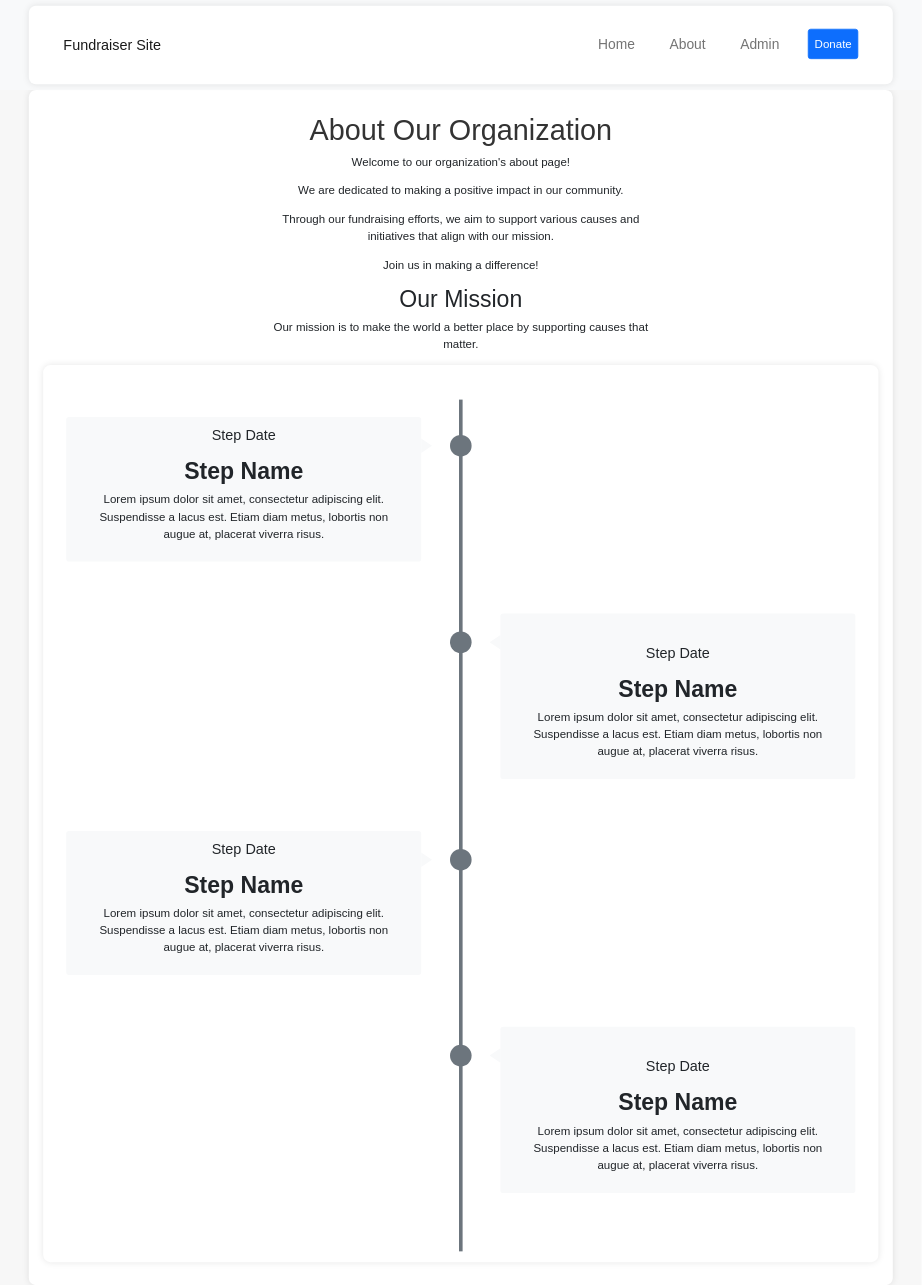
Repository: DragonFruit8/Fundraiser-Page
Page: /about
These files come from the project's save history. The page is drawn as it stood at one moment and after the next save; the edit follows.
The browser window is 1280 px wide. The pictures show the whole page, at 72% of full size.
The project was rebuilt for these pictures with package versions that can differ from the ones it lists, and the page was loaded fresh each time. Also part of the build but not shown: src/pages/HomeContainer.js, src/pages/Donate.js, src/pages/Admin.js.

Above is the page before, as saved 2024-07-19 14:02:10.

### public/index.html
<!DOCTYPE html>
<html lang="en">
  <head>
    <meta charset="utf-8" />
    <link rel="icon" href="%PUBLIC_URL%/favicon.ico" />
    <meta name="viewport" content="width=device-width, initial-scale=1" />
    <meta name="theme-color" content="#000000" />
    <meta
      name="description"
      content="Web site created using create-react-app"
    />
    <link rel="apple-touch-icon" href="%PUBLIC_URL%/logo192.png" />
    <link
      href="https://cdn.jsdelivr.net/npm/bootstrap@5.0.2/dist/css/bootstrap.min.css"
      rel="stylesheet"
      integrity="sha384-EVSTQN3/azprG1Anm3QDgpJLIm9Nao0Yz1ztcQTwFspd3yD65VohhpuuCOmLASjC"
      crossorigin="anonymous"
    />
    <!--
      manifest.json provides metadata used when your web app is installed on a
      user's mobile device or desktop. See https://developers.google.com/web/fundamentals/web-app-manifest/
    -->
    <link rel="manifest" href="%PUBLIC_URL%/manifest.json" />
    <!--
      Notice the use of %PUBLIC_URL% in the tags above.
      It will be replaced with the URL of the `public` folder during the build.
      Only files inside the `public` folder can be referenced from the HTML.

      Unlike "/favicon.ico" or "favicon.ico", "%PUBLIC_URL%/favicon.ico" will
      work correctly both with client-side routing and a non-root public URL.
      Learn how to configure a non-root public URL by running `npm run build`.
    -->
    <title>React App</title>
  </head>
  <body>
    <noscript>You need to enable JavaScript to run this app.</noscript>
    <div id="root"></div>
    <!--
      This HTML file is a template.
      If you open it directly in the browser, you will see an empty page.

      You can add webfonts, meta tags, or analytics to this file.
      The build step will place the bundled scripts into the <body> tag.

      To begin the development, run `npm start` or `yarn start`.
      To create a production bundle, use `npm run build` or `yarn build`.
    -->
    <script
      src="https://cdn.jsdelivr.net/npm/bootstrap@5.0.2/dist/js/bootstrap.bundle.min.js"
      integrity="sha384-MrcW6ZMFYlzcLA8Nl+NtUVF0sA7MsXsP1UyJoMp4YLEuNSfAP+JcXn/tWtIaxVXM"
      crossorigin="anonymous"
    ></script>
    <script
      src="https://cdn.jsdelivr.net/npm/@popperjs/core@2.9.2/dist/umd/popper.min.js"
      integrity="sha384-IQsoLXl5PILFhosVNubq5LC7Qb9DXgDA9i+tQ8Zj3iwWAwPtgFTxbJ8NT4GN1R8p"
      crossorigin="anonymous"
    ></script>
    <script
      src="https://cdn.jsdelivr.net/npm/bootstrap@5.0.2/dist/js/bootstrap.min.js"
      integrity="sha384-cVKIPhGWiC2Al4u+LWgxfKTRIcfu0JTxR+EQDz/bgldoEyl4H0zUF0QKbrJ0EcQF"
      crossorigin="anonymous"
    ></script>
  </body>
</html>

### src/App.js
import React from 'react';
import { BrowserRouter as Router, Route, Routes } from 'react-router-dom';
import Home from './pages/HomeContainer';
import About from './pages/About';
import Donate from './pages/Donate';
import Admin from './pages/Admin';
import GlobalStyle from './globalStyles';
import Navbar from './components/Navbar';

const App = () => {
  return (
    <Router>
      <GlobalStyle />
        <Navbar />
      <Routes>
          <Route exact path="/" element={<Home />} />
          <Route path="/about" element={<About />} />
          <Route path="/donate" element={<Donate />} />
          <Route path="/admin" element={<Admin />} />
      </Routes>
    </Router>
  );
};

export default App;

### src/pages/About.js
import React from 'react';
import styled from 'styled-components';

const AboutContainer = styled.div`
    text-align: center;

    .timeline:before {
        content: "";
        background: var(--bs-secondary);
        width: 5px;
        height: 95%;
        position: absolute;
        left: 50%;
        transform: translateX(-50%);
    }

    .timeline-item:nth-child(even) .timeline-content {
        float: right;
        padding: 40px 30px 10px 30px;
    }

    .timeline-item:nth-child(even) .timeline-content .date {
        right: auto;
        left: 0;
    }

    .timeline-item:nth-child(even) .timeline-content::after {
        content: "";
        position: absolute;
        border-style: solid;
        width: 0;
        height: 0;
        top: 30px;
        left: -15px;
        border-width: 10px 15px 10px 0;
        border-color: transparent var(--bs-light) transparent transparent;
    }

    .timeline-item::after {
        content: "";
        display: block;
        clear: both;
    }

    .timeline-content {
        position: relative;
        width: 45%;
        padding: 10px 30px;
        border-radius: 4px;
        background: var(--bs-light);
    }

    .timeline-content::after {
        content: "";
        position: absolute;
        border-style: solid;
        width: 0;
        height: 0;
        top: 30px;
        right: -15px;
        border-width: 10px 0 10px 15px;
        border-color: transparent transparent transparent var(--bs-light);
    }

    .timeline-img {
        width: 30px;
        height: 30px;
        background: var(--bs-secondary);
        border-radius: 50%;
        position: absolute;
        left: 50%;
        margin-top: 25px;
        margin-left: -15px;
    }

    @media screen and (max-width: 768px) {
        .timeline::before {
            left: 50px;
        }

        .timeline .timeline-img {
            left: 50px;
        }

        .timeline .timeline-content {
            max-width: 100%;
            width: auto;
            margin-left: 70px;
        }

        .timeline .timeline-item:nth-child(even) .timeline-content {
            float: none;
        }

        .timeline .timeline-item:nth-child(odd) .timeline-content::after {
            content: "";
            position: absolute;
            border-style: solid;
            width: 0;
            height: 0;
            top: 30px;
            left: -15px;
            border-width: 10px 15px 10px 0;
            border-color: transparent #f5f5f5 transparent transparent;
        }
    }
`;

const About = () => {
    return (
        <AboutContainer>
            <div className="container col h-100 justify-content-center align-items-center">
                <h1 className="text-center">About Our Organization</h1>
                <div className="row justify-content-center align-items-center">
                    <div className="col-md-6" style={{ textAlign: 'center' }}>
                        <p>Welcome to our organization's about page!</p>
                        <p>We are dedicated to making a positive impact in our community.</p>
                        <p>
                            Through our fundraising efforts, we aim to support various causes and initiatives that align with our
                            mission.
                        </p>
                        <p>Join us in making a difference!</p>
                    </div>
                </div>
                <div className="row justify-content-center align-items-center">
                    <div className="col-md-6" style={{ textAlign: 'center' }}>
                        <h2>Our Mission</h2>
                        <p>Our mission is to make the world a better place by supporting causes that matter.</p>
                    </div>
                </div>
                <div className="row justify-content-center align-items-center">
                    <div className="container py-5 timeline position-relative">
                        <div className="timeline-item w-100 mb-4 py-4 text-dark lc-block">
                            <div className="timeline-img"></div>
                            <div className="timeline-content">
                                <p className="lead">Step Date</p>
                                <h2 className="fw-bold rfs-12">Step Name</h2>
                                <div>
                                    <p>
                                        Lorem ipsum dolor sit amet, consectetur adipiscing elit. Suspendisse a lacus est. Etiam diam metus,
                                        lobortis non augue at, placerat viverra risus.
                                    </p>
                                </div>
                            </div>
                        </div>
                        <div className="timeline-item w-100 mb-4 py-4 text-dark lc-block">
                            <div className="timeline-img"></div>
                            <div className="timeline-content">
                                <p className="lead">Step Date</p>
                                <h2 className="fw-bold rfs-12">Step Name</h2>
                                <div>
                                    <p>
                                        Lorem ipsum dolor sit amet, consectetur adipiscing elit. Suspendisse a lacus est. Etiam diam metus,
                                        lobortis non augue at, placerat viverra risus.
                                    </p>
                                </div>
                            </div>
                        </div>
                        <div className="timeline-item w-100 mb-4 py-4 text-dark lc-block">
                            <div className="timeline-img"></div>
                            <div className="timeline-content">
                                <p className="lead">Step Date</p>
                                <h2 className="fw-bold rfs-12">Step Name</h2>
                                <div>
                                    <p>
                                        Lorem ipsum dolor sit amet, consectetur adipiscing elit. Suspendisse a lacus est. Etiam diam metus,
                                        lobortis non augue at, placerat viverra risus.
                                    </p>
                                </div>
                            </div>
                        </div>
                        <div className="timeline-item w-100 mb-4 py-4 text-dark lc-block">
                            <div className="timeline-img"></div>
                            <div className="timeline-content">
                                <p className="lead">Step Date</p>
                                <h2 className="fw-bold rfs-12">Step Name</h2>
                                <div>
                                    <p>
                                        Lorem ipsum dolor sit amet, consectetur adipiscing elit. Suspendisse a lacus est. Etiam diam metus,
                                        lobortis non augue at, placerat viverra risus.
                                    </p>
                                </div>
                            </div>
                        </div>
                    </div>
                </div>
            </div>
        </AboutContainer>
    );
};

export default About;

### src/globalStyles.js
import { createGlobalStyle } from 'styled-components';

const GlobalStyle = createGlobalStyle`
  body {
    margin: 0;
    padding: 0;
    font-family: 'Arial', sans-serif;
    background-color: #f7f7f7;
  }

  nav {
    background-color: #333;
    padding: 1rem;
    display: flex;
    justify-content: center;
  }

  nav a {
    color: #fff;
    margin: 0 1rem;
    text-decoration: none;
    font-size: 1.2rem;
  }

  nav a:hover {
    text-decoration: underline;
  }

  .container {
    max-width: 1200px;
    margin: 0 auto;
    padding: 2rem;
    background-color: #fff;
    box-shadow: 0 0 10px rgba(0, 0, 0, 0.1);
    border-radius: 10px;
  }

  h1 {
    color: #333;
  }

  button {
    background-color: #007BFF;
    color: #fff;
    border: none;
    padding: 0.5rem 1rem;
    font-size: 1rem;
    border-radius: 5px;
    cursor: pointer;
  }

  button:hover {
    background-color: #0056b3;
  }

  input {
    padding: 0.5rem;
    font-size: 1rem;
    margin-right: 0.5rem;
    border-radius: 5px;
    border: 1px solid #ccc;
  }
`;

export default GlobalStyle;

### src/components/Navbar.js
import React from 'react';
import { Link } from 'react-router-dom';

const Navbar = () => {
    return (
        <nav className="navbar navbar-expand-lg navbar-light bg-light">
            <div className="container">
                <Link className="navbar-brand" to="/">Fundraiser Site</Link>
                <button className="navbar-toggler" type="button" data-bs-toggle="collapse" data-bs-target="#navbarNav" aria-controls="navbarNav" aria-expanded="false" aria-label="Toggle navigation">
                    <span className="navbar-toggler-icon"></span>
                </button>
                <div className="collapse navbar-collapse" id="navbarNav">
                    <ul className="navbar-nav ms-auto">
                        <li className="nav-item">
                            <Link className="nav-link" to="/">Home</Link>
                        </li>
                        <li className="nav-item">
                            <Link className="nav-link" to="/about">About</Link>
                        </li>
                        <li className="nav-item">
                            <Link className="nav-link" to="/admin">Admin</Link>
                        </li>
                        <li className="nav-item">
                            <Link className="nav-link btn btn-primary text-white" to="/donate">Donate</Link>
                        </li>
                    </ul>
                </div>
            </div>
        </nav>
    );
}

export default Navbar;

Loaded but not shown: src/index.js (common file); src/index.css (common file)

After the next save:
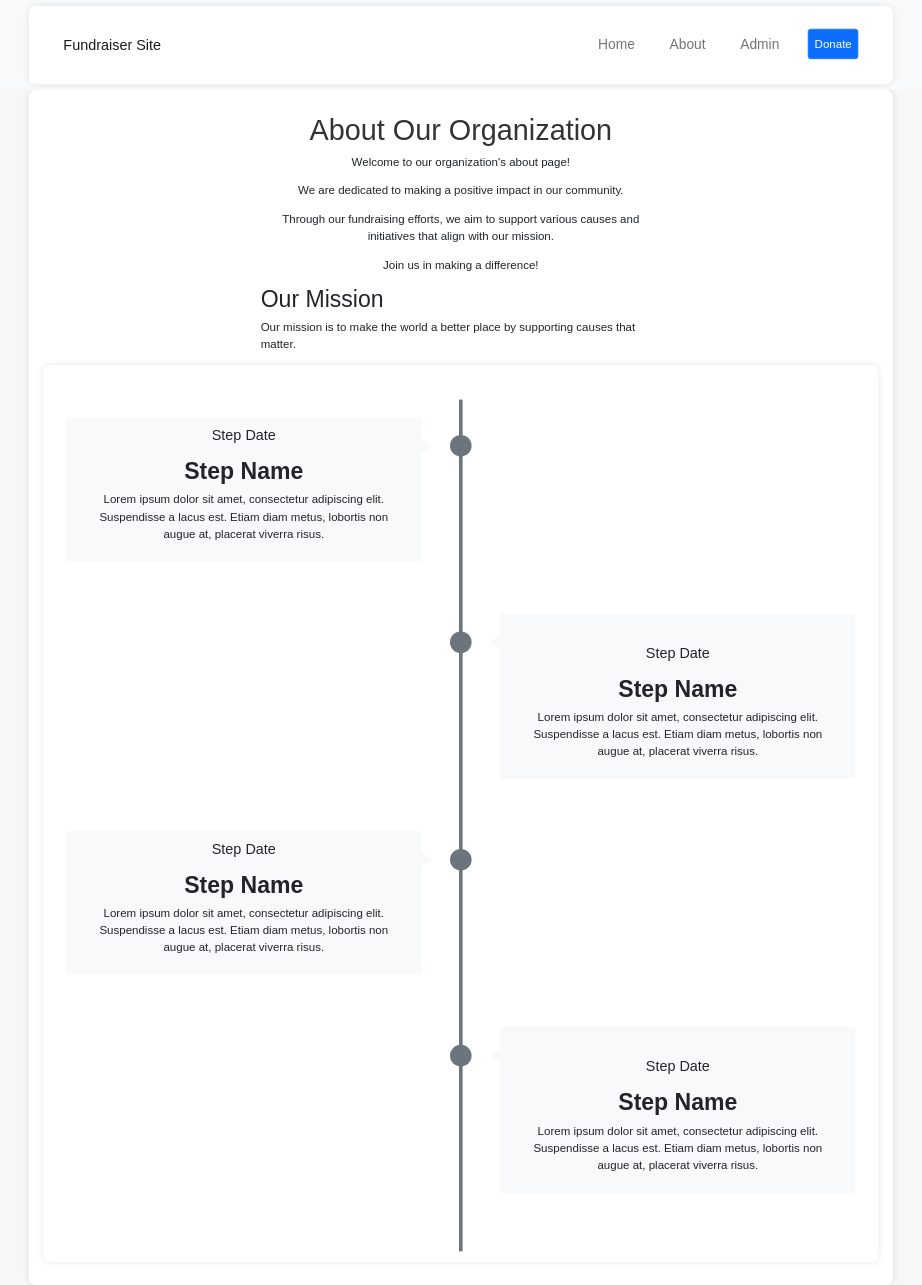
Saved 15 s later.
--- a/src/pages/About.js
+++ b/src/pages/About.js
@@ -123,7 +123,7 @@ const About = () => {
                     </div>
                 </div>
                 <div className="row justify-content-center align-items-center">
-                    <div className="col-md-6" style={{ textAlign: 'center' }}>
+                    <div className="col-md-6 text-start" style={{ textAlign: 'center' }}>
                         <h2>Our Mission</h2>
                         <p>Our mission is to make the world a better place by supporting causes that matter.</p>
                     </div>
